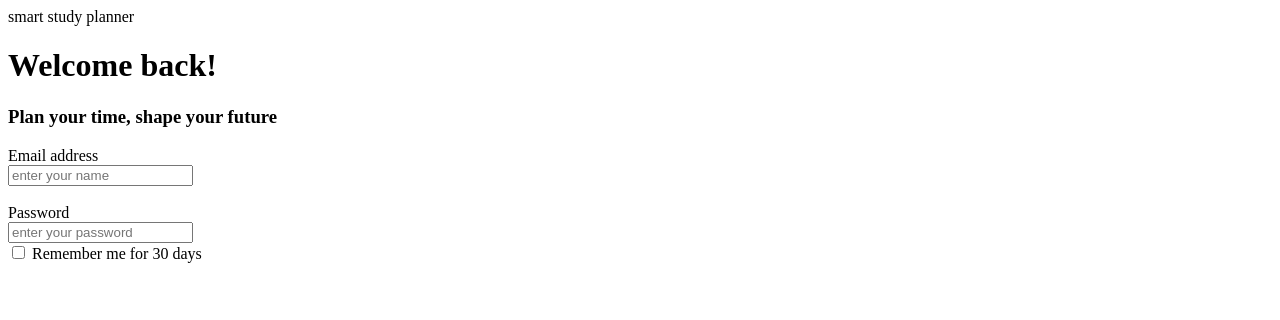
Repository: HaifaBaderBinDuhaim/web
Page: Frontend/logIn.html
The author's editor kept a copy of each file at every save. The page is drawn from the files as they stood at one save, then again after the next save.
The browser window is 1280 px wide. The pictures show the whole page.

Above is the page before, as saved 2026-03-24 12:41:23.

### Frontend/logIn.html
<!doctype html>
<!-- <html lang="en">
  <head>
    <meta charset="UTF-8" />
    <title>Smart Study Planner - Login</title>
    <link rel="stylesheet" href="../css/style.css" />
  </head>

  <body>
    <div class="container">
      <h1>Smart Study Planner</h1>

      <form
        id="loginForm"
        onsubmit="
          event.preventDefault();
          loginUser();
        "
      >
        <label>Email</label>
        <input type="email" id="email" required />

        <label>Password</label>
        <input type="password" id="password" required />

        <button type="submit">Login</button>

        <p>
          Don't have an account?
          <a href="register.html">Create one</a>
        </p>
      </form>
    </div>

    <script src="../js/auth.js"></script>
  </body>
</html>-->
<!doctype html>
<html lang="en">
  <head>
    <meta charset="UTF-8" />
    <tilte>smart study planner</tilte>
  </head>
  <body>
    <h1>Welcome back!</h1>
    <h3>Plan your time, shape your future</h3>

    <form>
      <label for="email">Email address</label><br />
      <input
        id="email"
        name="email"
        type="text"
        placeholder="enter your name"
      /><br />
      <br />
      <label for="password">Password</label><br />
      <input
        id="password"
        name="password"
        type="password"
        placeholder="enter your password"
      /><br />
      <input type="checkbox" id="reminder" />
      <lable for="reminder">Remember me for 30 days</lable><br />
    </form>
  </body>
</html>

After the next save:
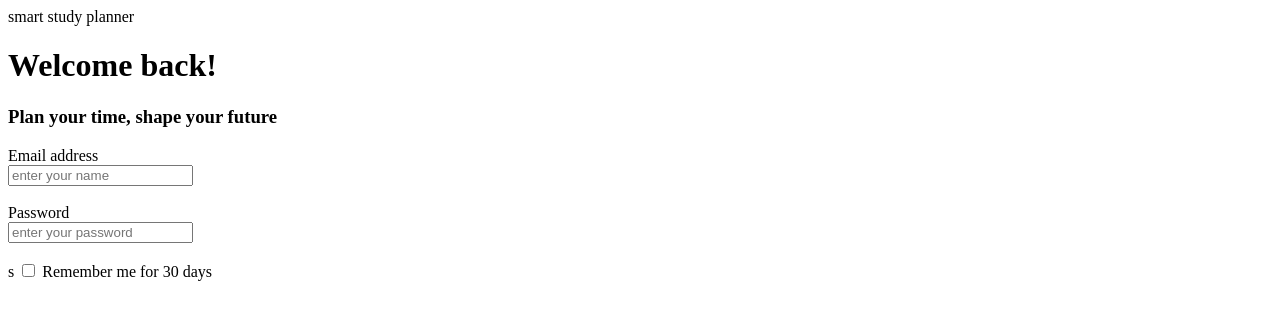
Saved 14 s later.
--- a/Frontend/logIn.html
+++ b/Frontend/logIn.html
@@ -61,6 +61,7 @@
         type="password"
         placeholder="enter your password"
       /><br />
+      <br />s
       <input type="checkbox" id="reminder" />
       <lable for="reminder">Remember me for 30 days</lable><br />
     </form>
